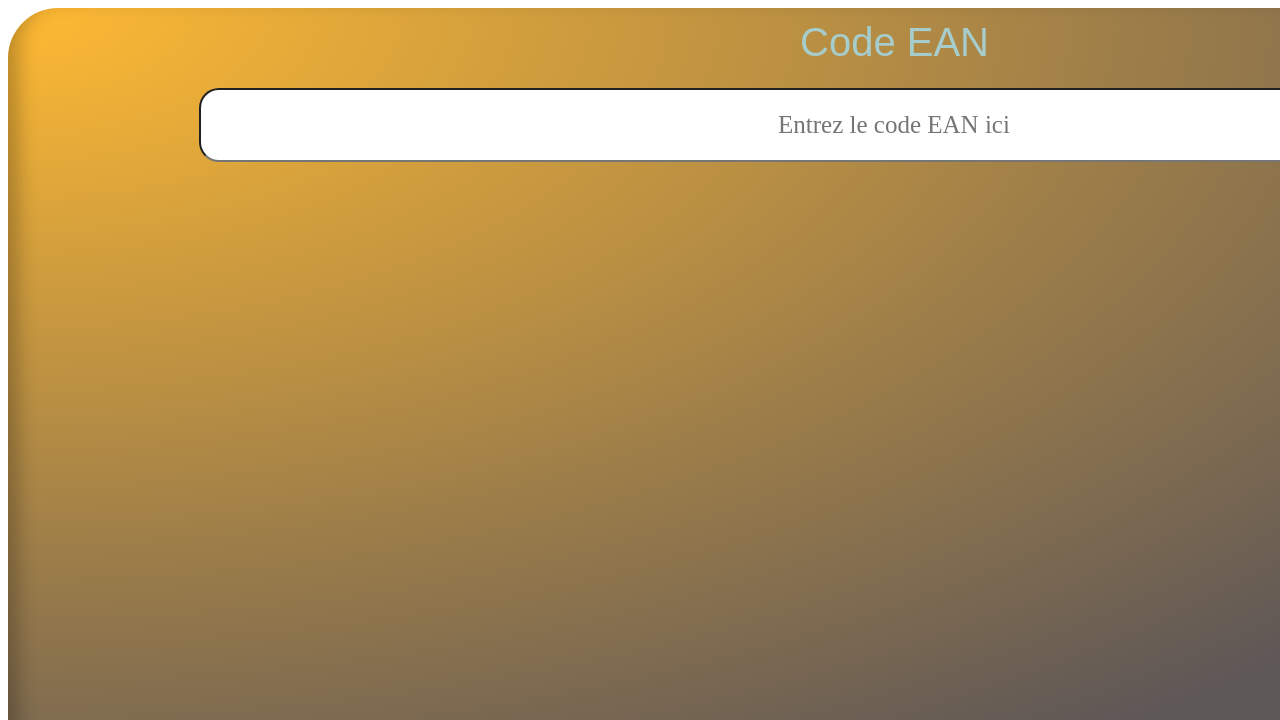
Repository: Zouz01/exo-toucan
Page: index.html
An editor plug-in stored every save of this project. The page is shown before and after the next save, followed by the edit.
The browser window is 1280 px wide. The pictures show the whole page.

Above is the page before, as saved 2023-09-21 11:28:50.

After the next save:
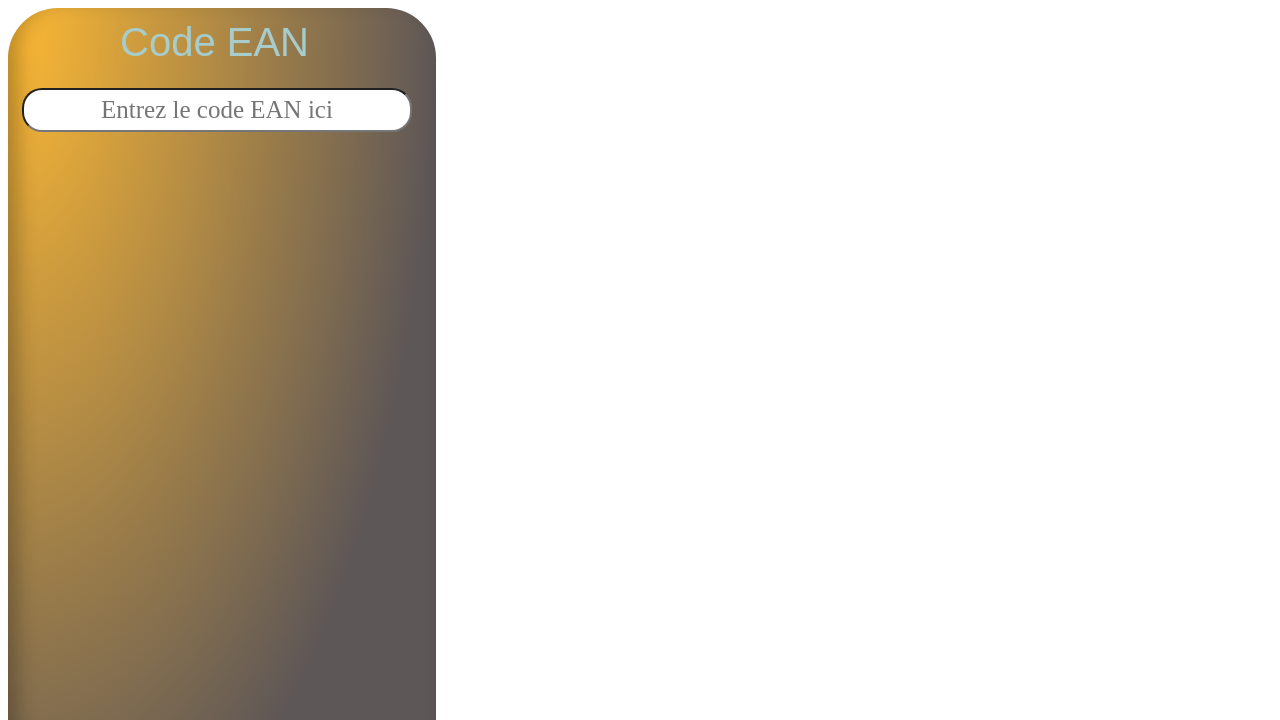
Saved 24 s later.
--- a/main.css
+++ b/main.css
@@ -93,7 +93,7 @@ button[type="submit"] {
 
 
 /* styles pour les écrans plus grands */
-@media (min-width: 900px) {
+/* @media (min-width: 900px) {
      .container {
         width: 1860px;
         height: 900px;
@@ -120,7 +120,7 @@ button[type="submit"] {
         font-size: 25px;
         line-height: 30px;
         text-align: center;
-        color: #0f0d0d;
+        color: #0f0d0d;  */
 
  }
  label {
